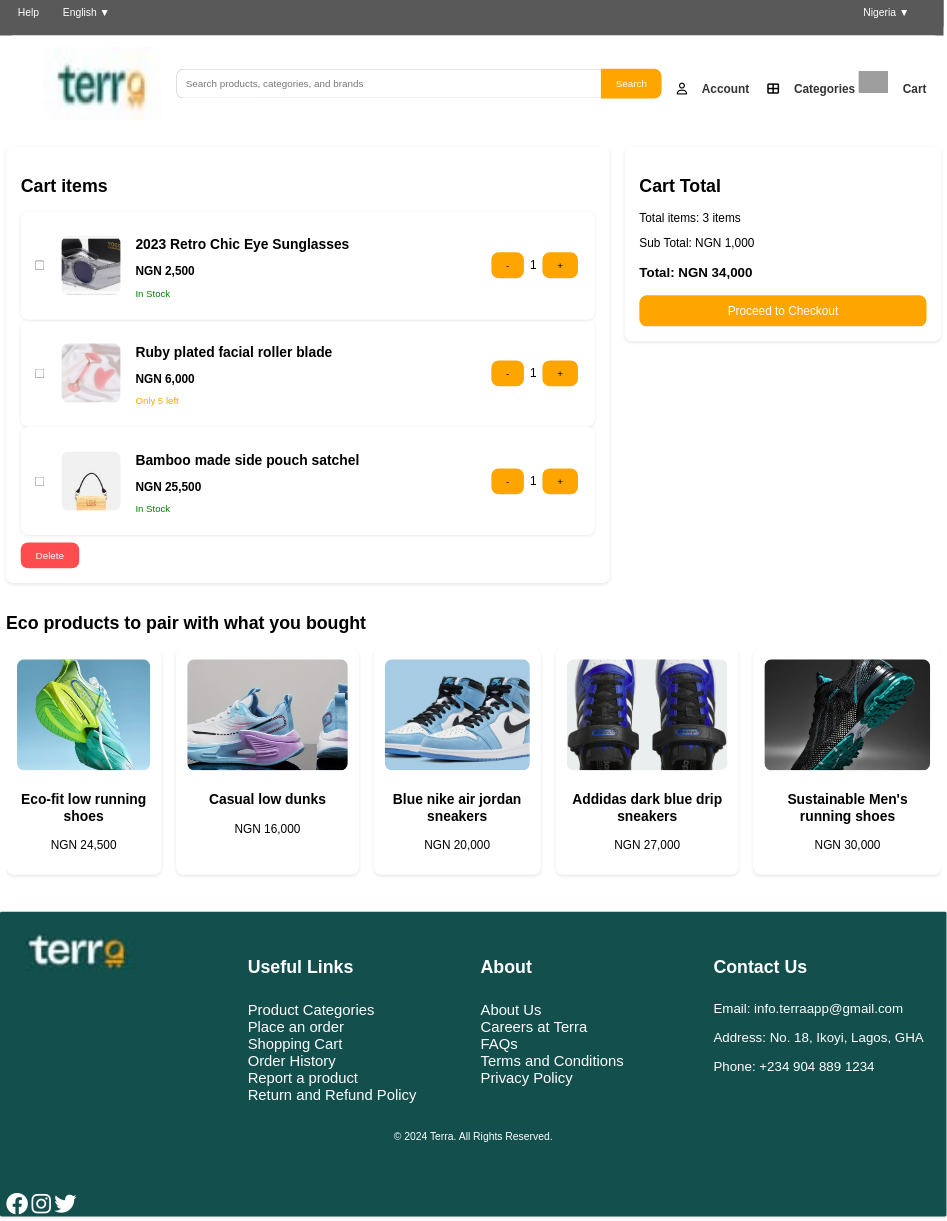
Repository: Femi007-gh/e-commerce
Page: index.html
These files come from the project's save history. The page is drawn as it stood at one moment and after a run of saves; the edit follows.
The browser window is 1280 px wide. The pictures show the whole page, at 74% of full size.
Pictures or frames that could not be fetched are drawn as grey boxes.

Above is the page before, as saved 2025-04-29 13:50:45.

After the next 4 saves:
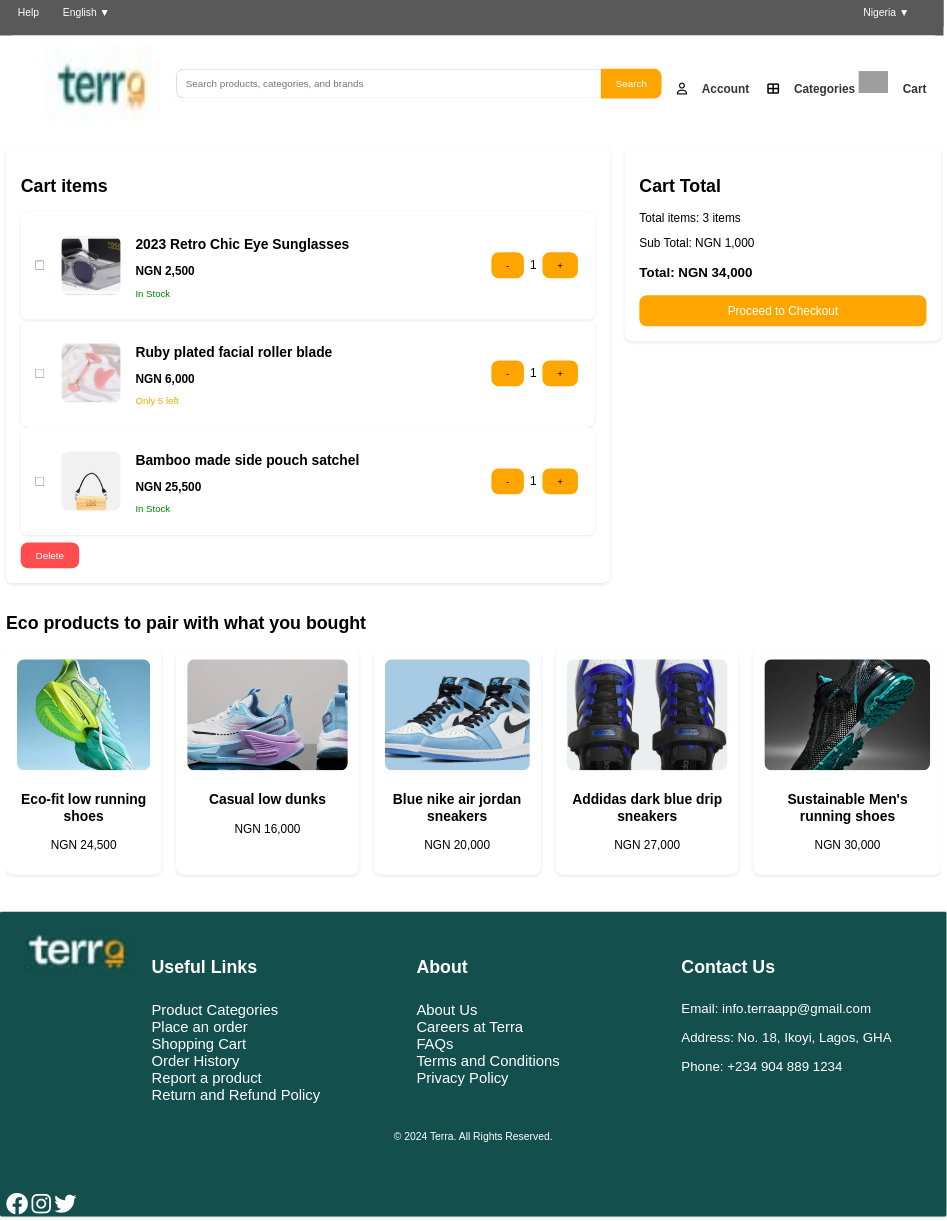
The 4 saves are shown as one change because they came seconds apart.
The last was saved 14 s later.
--- a/index.html
+++ b/index.html
@@ -149,8 +149,7 @@
 
 <footer class="footer">
   <div class="footer-top">
-    <div class="footer-logo"><img src="a.jpg" class="a">
-    </div>
+    <img src="a.jpg" class="a">
     <div class="footer-links">
       <h4>Useful Links</h4>
       <ul>
@@ -187,6 +186,6 @@
 
 <i class="fa-brands fa-facebook"></i>
 <i class="fa-brands fa-instagram"></i>
-<i class="fa-brands fa-twitter">
+<i class="fa-brands fa-twitter"></i>
   </body>
 </html>
